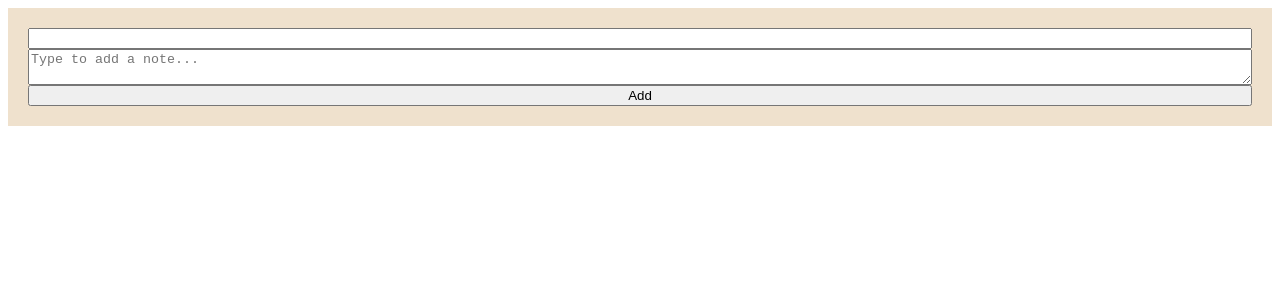
Repository: AJANI2005/Notes-App
Page: /
An editor plug-in stored every save of this project. The page is shown before and after the next save, followed by the edit.
The browser window is 1280 px wide. The pictures show the whole page.
The project was rebuilt for these pictures with package versions that can differ from the ones it lists, and the page was loaded fresh each time. Also part of the build but not shown: vite.config.ts.

Above is the page before, as saved 2025-07-31 15:27:13.

After the next save:
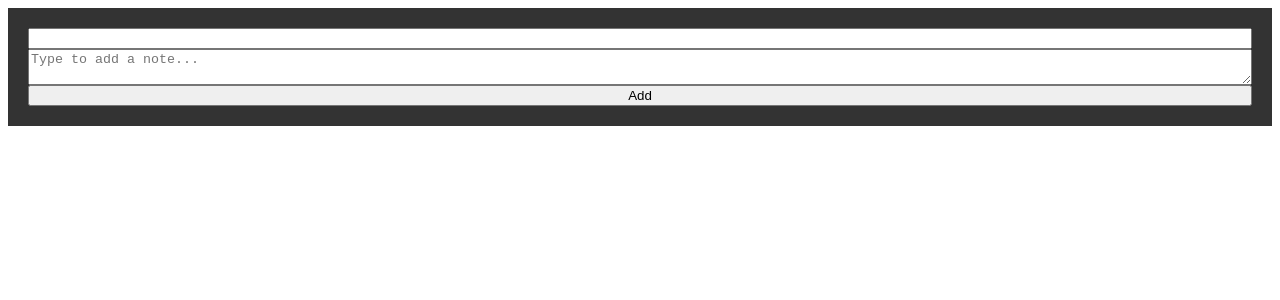
Saved 18 s later.
--- a/src/App.css
+++ b/src/App.css
@@ -2,5 +2,5 @@
   display: flex;
   flex-direction: column;
   padding: 20px;
-  background-color: #e4cca893;
+  background-color: #333;
 }
